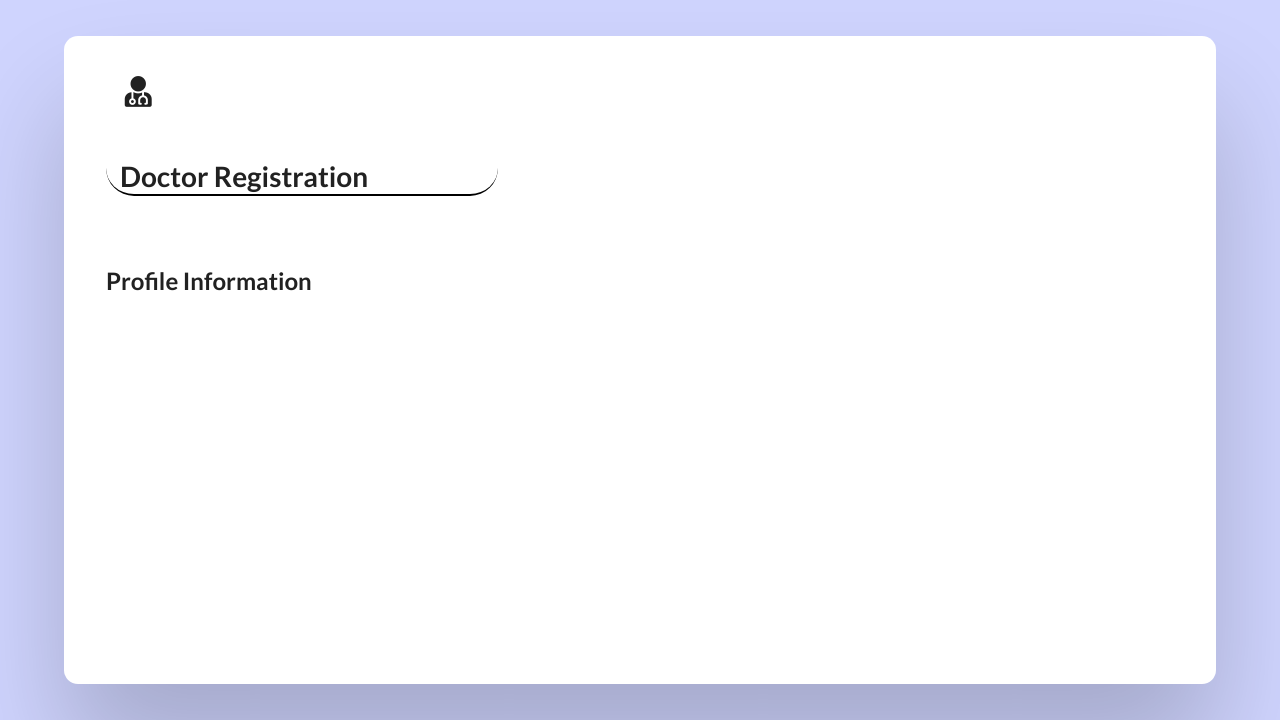
Repository: ajayaj2001/healthcare-digitization
Page: /doctorRegister
The author's editor kept a copy of each file at every save. The page is drawn from the files as they stood at one save, then again after the next save.
The browser window is 1280 px wide. The pictures show the whole page.
The project was rebuilt for these pictures with package versions that can differ from the ones it lists, and the page was loaded fresh each time. Also part of the build but not shown: src/component/userType/UserType.scss, src/component/userType/UserType.js, src/component/login/Login.scss, src/component/login/loginForm/LoginForm.scss, src/component/login/loginForm/LoginForm.js, src/component/login/Login.js, src/component/register/Register.scss, src/component/register/registerForm/RegisterForm.scss and 2 more.

Above is the page before, as saved 2021-03-13 11:29:35.

### public/index.html
<!DOCTYPE html>
<html lang="en">

<head>
  <meta charset="utf-8" />
  <meta name="viewport" content="width=device-width, initial-scale=1" />
  <meta name="theme-color" content="#000000" />
  <meta name="description" content="Web site created using create-react-app" />
  <link rel="stylesheet" href="https://fonts.googleapis.com/css?family=Roboto:300,400,500,700&display=swap" />
  <link rel="stylesheet" href="https://fonts.googleapis.com/icon?family=Material+Icons" />

  <!--
      manifest.json provides metadata used when your web app is installed on a
      user's mobile device or desktop. See https://developers.google.com/web/fundamentals/web-app-manifest/
    -->
  <!-- <link rel="manifest" href="%PUBLIC_URL%/manifest.json" /> -->
  <!--
      Notice the use of %PUBLIC_URL% in the tags above.
      It will be replaced with the URL of the `public` folder during the build.
      Only files inside the `public` folder can be referenced from the HTML.

      Unlike "/favicon.ico" or "favicon.ico", "%PUBLIC_URL%/favicon.ico" will
      work correctly both with client-side routing and a non-root public URL.
      Learn how to configure a non-root public URL by running `npm run build`.
    -->
  <title>medical</title>
</head>

<body>
  <noscript>You need to enable JavaScript to run this app.</noscript>
  <div id="root"></div>
  <!--
      This HTML file is a template.
      If you open it directly in the browser, you will see an empty page.

      You can add webfonts, meta tags, or analytics to this file.
      The build step will place the bundled scripts into the <body> tag.

      To begin the development, run `npm start` or `yarn start`.
      To create a production bundle, use `npm run build` or `yarn build`.
    -->
</body>

</html>

### src/index.js
import React from 'react';
import ReactDOM from 'react-dom';
import './index.scss';
import App from './component/app/App';
import 'semantic-ui-css/semantic.min.css'


ReactDOM.render(
  // <React.StrictMode>
    <App />
  // </React.StrictMode>
  ,
  document.getElementById('root')
);

### src/index.scss
code {
  font-family: source-code-pro, Menlo, Monaco, Consolas, "Courier New", monospace;
}
@mixin respond($breakpoint) {
  @if $breakpoint == phone {
    @media (max-width: 37.5em) {
      @content;
    }
  }

  @if $breakpoint == tab-land {
    @media (max-width: 75em) {
      @content;
    }
  }
  @if $breakpoint == tab-port {
    @media (max-width: 56.25em) {
      @content;
    }
  }
  @if $breakpoint == big-desktop {
    @media (min-width: 112.5em) {
      @content;
    }
  }
}

*,
*::after,
*::before {
  margin: 0;
  padding: 0;
  box-sizing: inherit;
}
body {
  font-family: "Lato", sans-serif;
  font-weight: 400;
  font-size: 16px;
  line-height: 1.7;
  color: #777;
  //padding: 30px;
  box-sizing: border-box;
  @include respond(tab-port) {
    padding: 0;
  }
}

html {
  font-size: 62.5%; //1rem=10px 10px/16px=62.5%
  @include respond(tab-land) {
    //width <1200
    font-size: 56.25%; //1rem=9px
  }
  @include respond(tab-port) {
    //<width <900
    font-size: 50%; //1rem=8px
  }
  // @include respond(phone) {
  //     //<width<600
  //     font-size: 40%; //1rem=4.8px
  // }
  @include respond(big-desktop) {
    //>1200
    font-size: 75%; //1rem=12
  }
}

### src/component/app/App.js
import './App.scss';

import UserType from "../userType/UserType";
import Login from '../login/Login';
import Register from '../register/Register';
import { BrowserRouter as Router,Route,Switch } from 'react-router-dom';
import DoctorRegister from '../doctorRegister/DoctorRegister';

function App() {
  return (
    <Router>
       <Switch>
          <Route path="/login">
           <Login/>
          </Route>
          <Route path="/register">
           <Register/>
          </Route>
          <Route path="/doctorRegister">
            <DoctorRegister/>
          </Route>
          <Route path="/">
            <UserType/>
          </Route>

        </Switch>
    {/* <div className="App">
    </div> */}
    </Router>
  );
}

export default App;

### src/component/doctorRegister/DoctorRegister.js
import React from 'react'
import './DoctorRegister.scss'
import DoctorRegisterForm from './doctorRegisterForm/DoctorRegisterForm'
import {  Icon } from 'semantic-ui-react'

const DoctorRegister = () => {
    return (
        <div className="doctorRegister__container">
            <div className="doctorRegister__main">
                <div className="doctorRegister__heading"><Icon name="user doctor"/><h1> Doctor Registration</h1></div>
                <DoctorRegisterForm/>
            </div>
        </div>
    )
}

export default DoctorRegister

### src/component/doctorRegister/DoctorRegister.scss
.doctorRegister{
    &__container{
        margin: 0;
        background-color: #cfd4fe;
        height: 100vh;
        display: flex;
        justify-content: center;
        align-items: center;
    }
    &__main{
        background-color: white;
        width: 90%;
        height: 90%;
        border-radius: 1rem;
        align-items: center;
        overflow: hidden;
        box-shadow: 0 5rem 8rem rgba(black, 0.2);
        padding: 1rem 0rem 0rem 3rem;
    }
   &__heading{
       font-size: 2.2rem;
       margin: 0rem 0rem 5rem 0rem;
       padding-left: 1rem;
       line-height: 6rem;
       border-bottom: .2rem solid black;
       width: 28rem;
       border-radius: 2rem;

   }
}

### src/component/doctorRegister/doctorRegisterForm/DoctorRegisterForm.js
import React from 'react'
import './DoctorRegisterForm.scss'
const DoctorRegisterForm = () => {
    return (
        <div className="doctorRegisterForm">
            <div className="doctorRegisterForm__heading"><h2>Profile Information</h2></div>
        </div>
    )
}

export default DoctorRegisterForm

### src/component/doctorRegister/doctorRegisterForm/DoctorRegisterForm.scss
.doctorRegisterForm{
    &__heading{
        font-size: 1.8rem;
    }
}

Loaded but not shown: src/component/app/App.scss (no stored copy; drawn as an empty file)

After the next save:
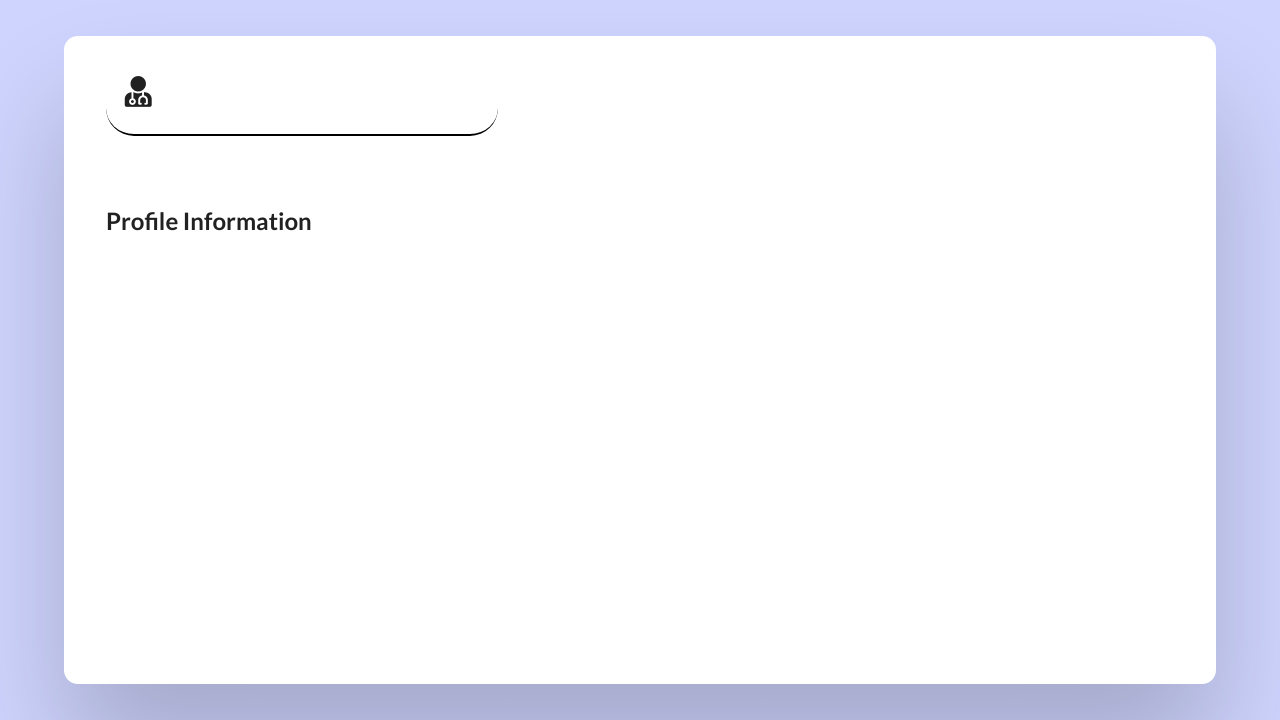
Saved 20 s later.
--- a/src/component/doctorRegister/DoctorRegister.js
+++ b/src/component/doctorRegister/DoctorRegister.js
@@ -7,7 +7,7 @@ const DoctorRegister = () => {
     return (
         <div className="doctorRegister__container">
             <div className="doctorRegister__main">
-                <div className="doctorRegister__heading"><Icon name="user doctor"/><h1> Doctor Registration</h1></div>
+                <h1 className="doctorRegister__heading"><Icon name="user doctor"/></h1>
                 <DoctorRegisterForm/>
             </div>
         </div>
